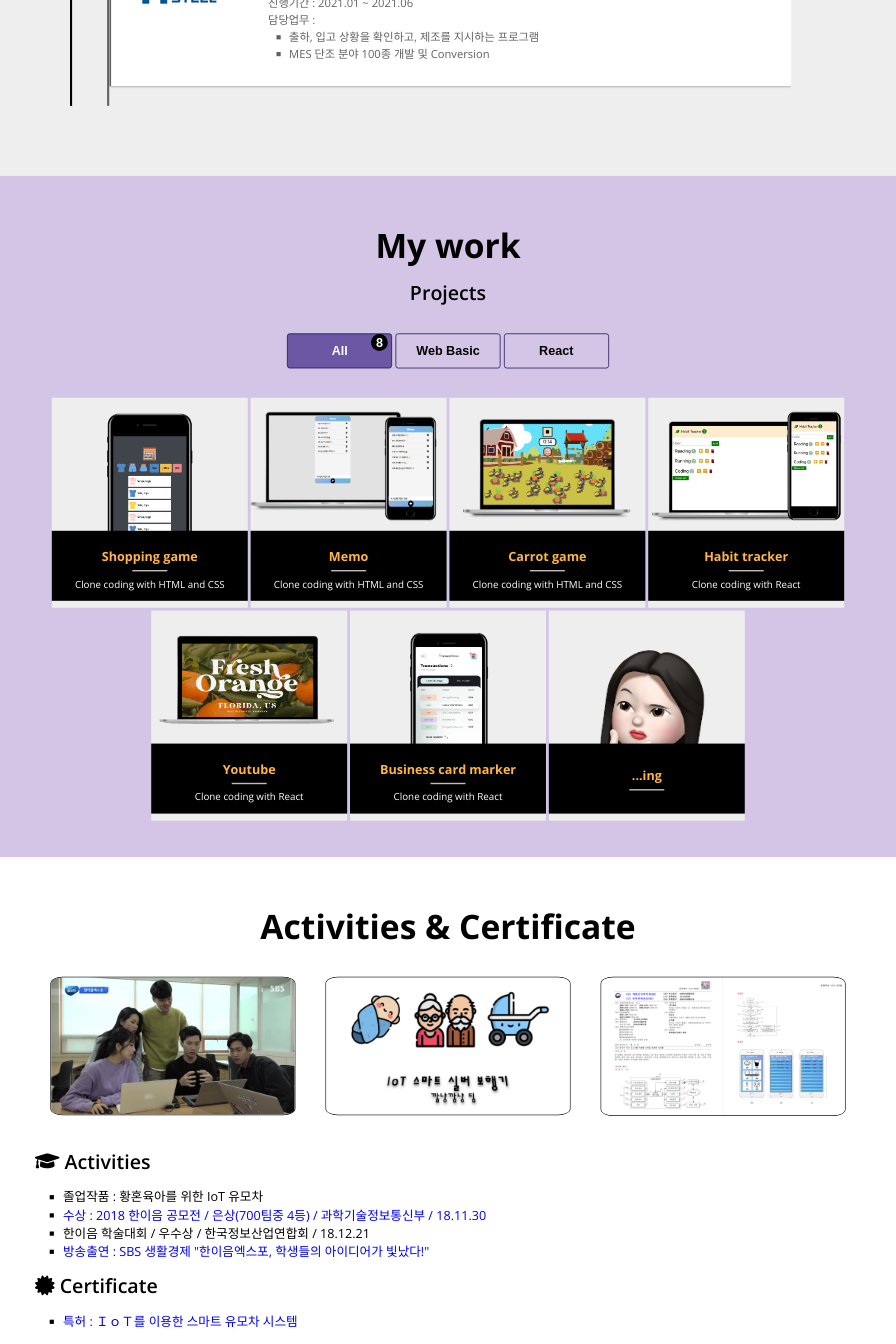
Repository: salangdung-i/portfolio
Page: index.html
These files come from the project's save history. The page is drawn as it stood at one moment and after a run of saves; the edit follows.
The browser window is 1280 px wide. The pictures show the part of the page from y = 3195 to 5115 px (the page is 5627 px tall), at 70% of full size.
Some web fonts or font styles are not loaded; a fallback is used. Some web libraries are served in a nearby version.

Above is the page before, as saved 2021-12-28 13:32:18.

After the next 3 saves:
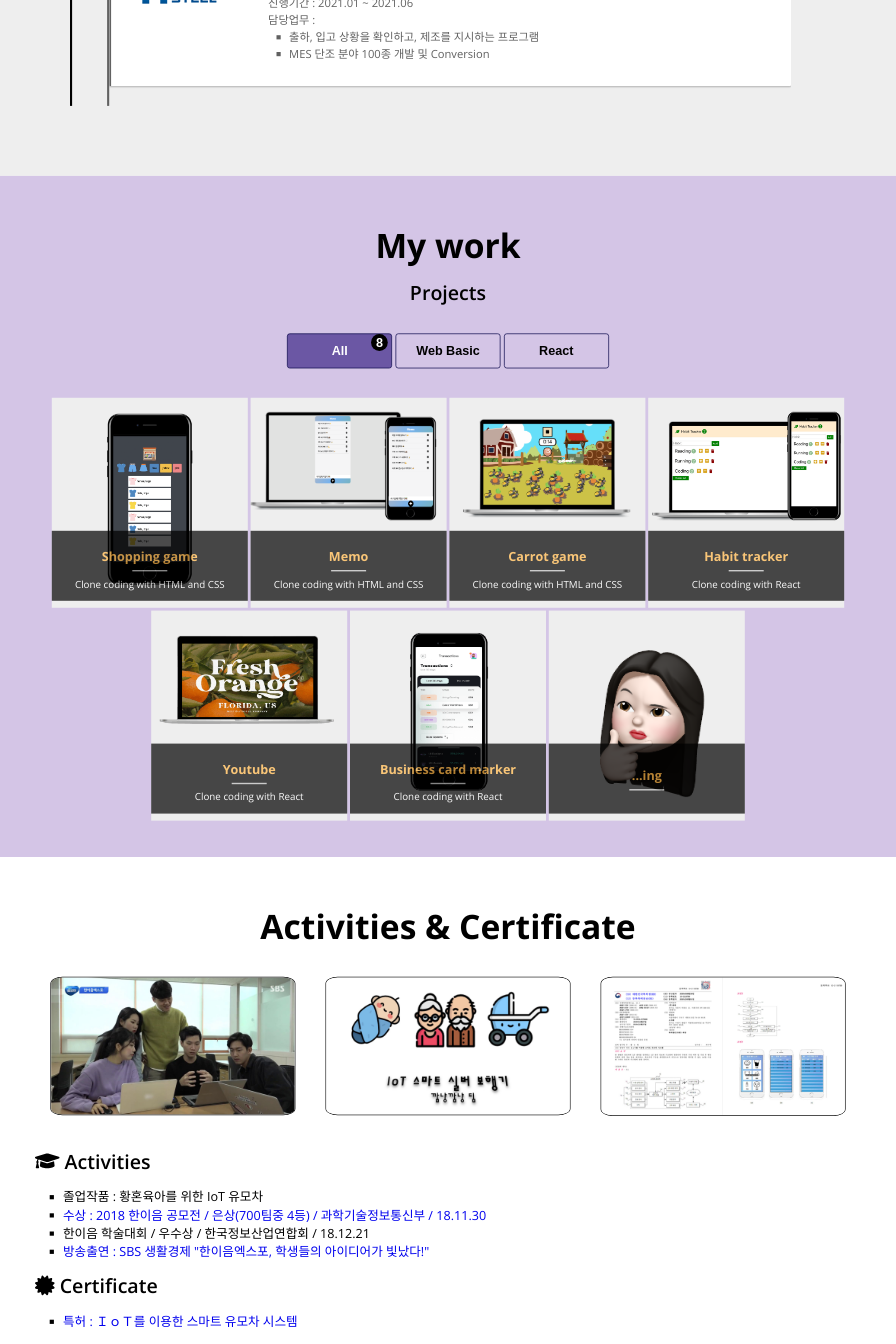
The 3 saves are shown as one change because they came seconds apart.
The last was saved 12 s later.
--- a/style.css
+++ b/style.css
@@ -488,7 +488,7 @@
   position: absolute;
   top: 180px;
   left: 0;
-  /* opacity: 0; */
+  opacity: 0.7;
   transform: translateY(10px);
   transition: all var(--animation-duration) ease-in;
 }
